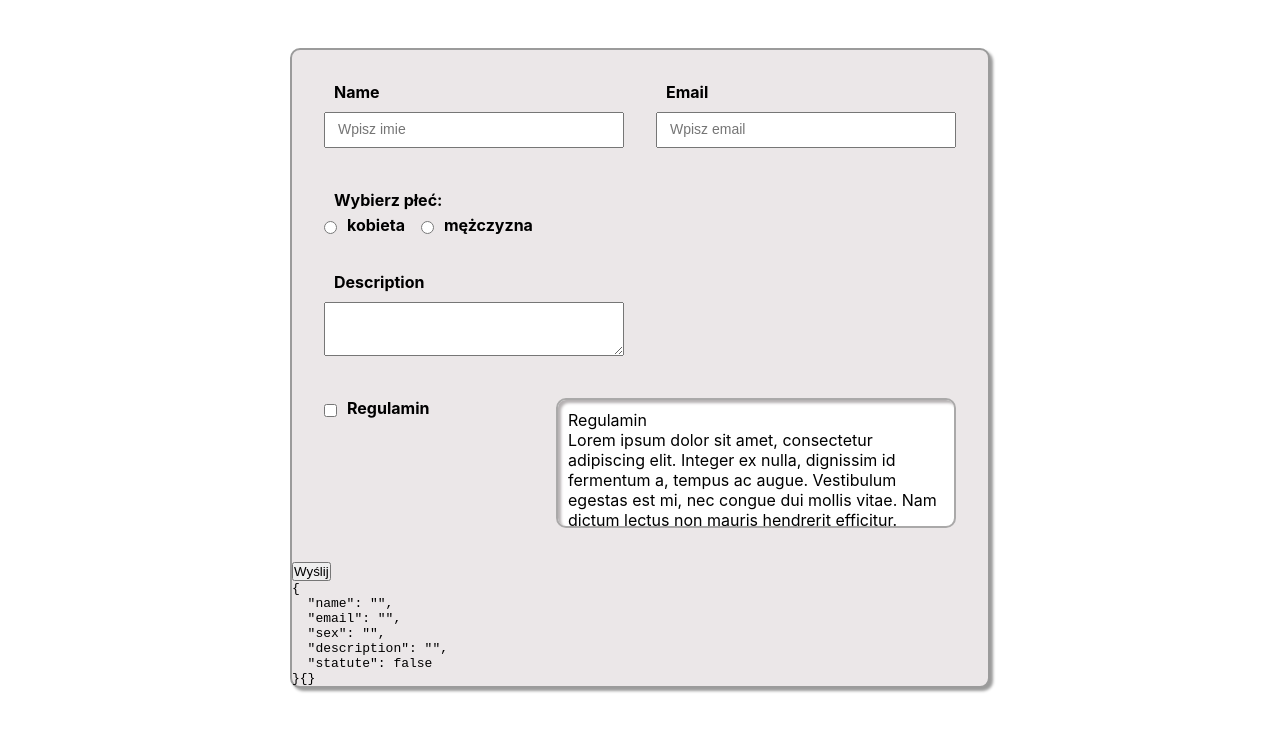
Repository: KrzysKolo/sr_tydzien4_zad3
Page: /
An editor plug-in stored every save of this project. The page is shown before and after the next save, followed by the edit.
The browser window is 1280 px wide. The pictures show the whole page.
The project was rebuilt for these pictures with package versions that can differ from the ones it lists, and the page was loaded fresh each time. Also part of the build but not shown: src/components/FormComponents/TextError.js.

Above is the page before, as saved 2020-11-19 14:04:11.

After the next save:
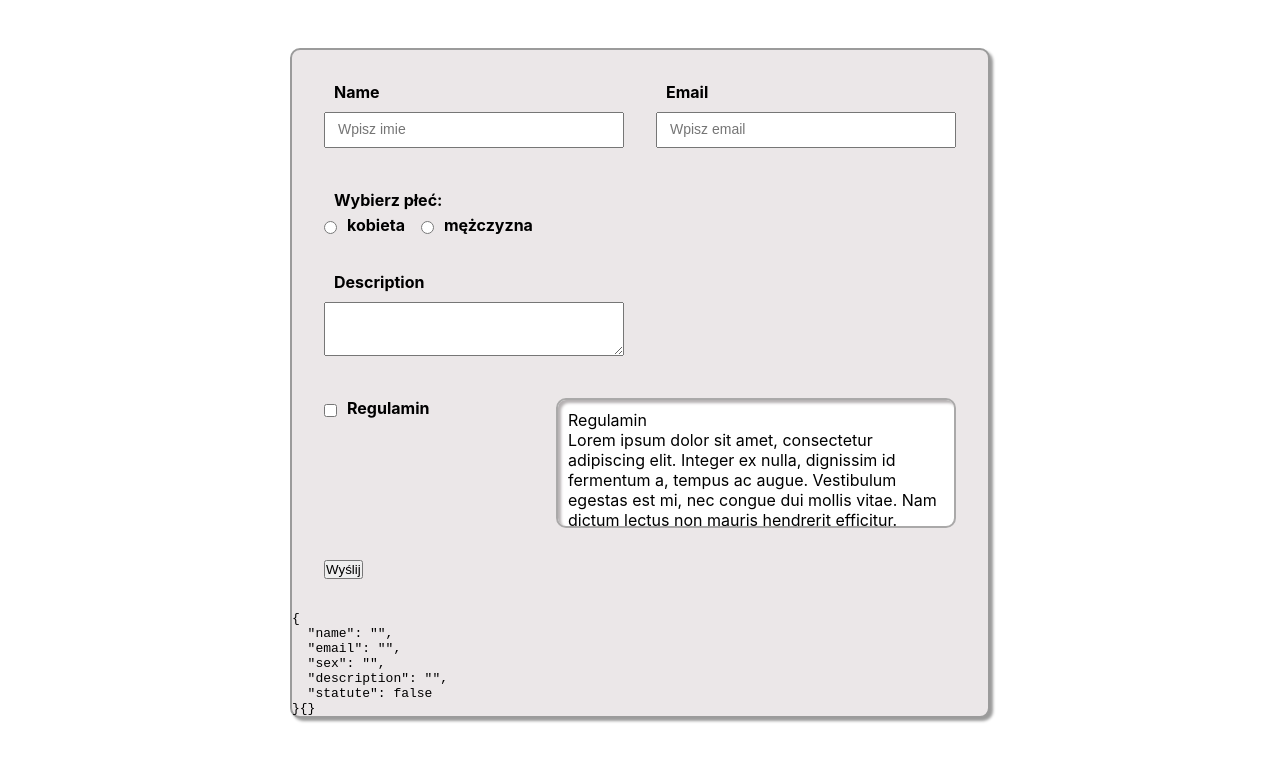
Saved 44 s later.
--- a/src/components/Formik/FormikContainer.js
+++ b/src/components/Formik/FormikContainer.js
@@ -47,7 +47,9 @@ const FormikContainer = () => {
                             <p>Lorem ipsum dolor sit amet, consectetur adipiscing elit. Integer ex nulla, dignissim id fermentum a, tempus ac augue. Vestibulum egestas est mi, nec congue dui mollis vitae. Nam dictum lectus non mauris hendrerit efficitur. Donec imperdiet nec nibh et interdum. Fusce ornare consequat sapien. Pellentesque rhoncus tempor vulputate. Aliquam eu diam laoreet, tincidunt nulla ut, dignissim turpis. Aliquam est ante, luctus sed felis et, iaculis sollicitudin tellus. Cras congue tincidunt viverra. Sed vestibulum faucibus lacus, eu dictum lorem porta id. Praesent a placerat ligula. Vestibulum faucibus ornare erat, id elementum est vehicula eu. Nunc pulvinar dolor lacus. Vestibulum dapibus efficitur orci, ac rhoncus augue auctor ut.</p>
                         </div>
                     </section>
-                    <button type="submit">Wyślij</button>
+                    <section className="section">
+                         <button type="submit">Wyślij</button>
+                    </section>
                     <pre>
                         {JSON.stringify(values, null, 2)}
                         {JSON.stringify(errors, null, 2)}
